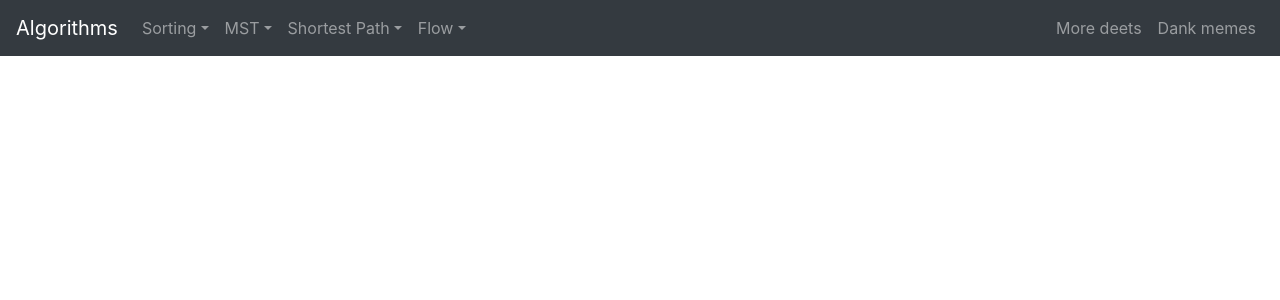
Repository: dkasima1/Algorithm-Visualizations
Page: /
These files come from the project's save history. The page is drawn as it stood at one moment and after the next save; the edit follows.
The browser window is 1280 px wide. The pictures show the whole page.
The project was rebuilt for these pictures with package versions that can differ from the ones it lists, and the page was loaded fresh each time.

Above is the page before, as saved 2020-06-22 13:24:34.

After the next save:
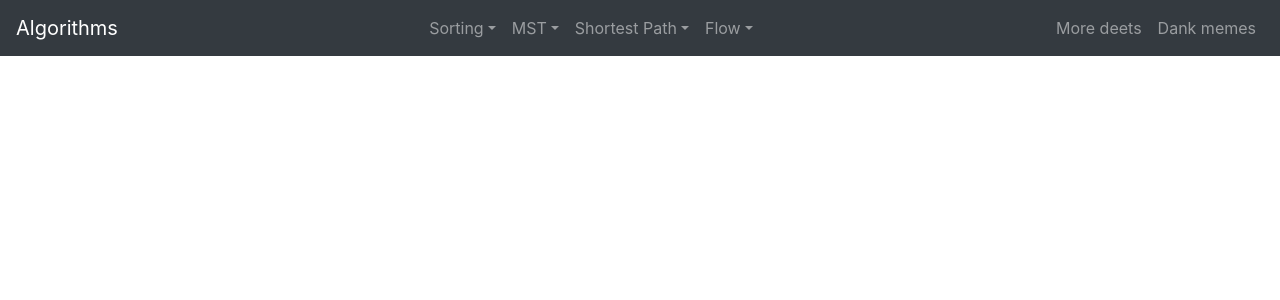
Saved 33 min 3 s later.
--- a/src/components/NavigationBar.js
+++ b/src/components/NavigationBar.js
@@ -8,7 +8,7 @@ function NavigationBar() {
                 <Navbar.Brand href="#home">Algorithms</Navbar.Brand>
                 <Navbar.Toggle aria-controls="responsive-navbar-nav" />
                 <Navbar.Collapse id="responsive-navbar-nav">
-                    <Nav className="mr-auto">
+                    <Nav className="m-auto">
                     <NavDropdown title="Sorting" id="collasible-nav-dropdown">
                         <NavDropdown.Item href="#action/3.1">Bubble Sort</NavDropdown.Item>
                         <NavDropdown.Item href="#action/3.2">Selection Sort</NavDropdown.Item>
